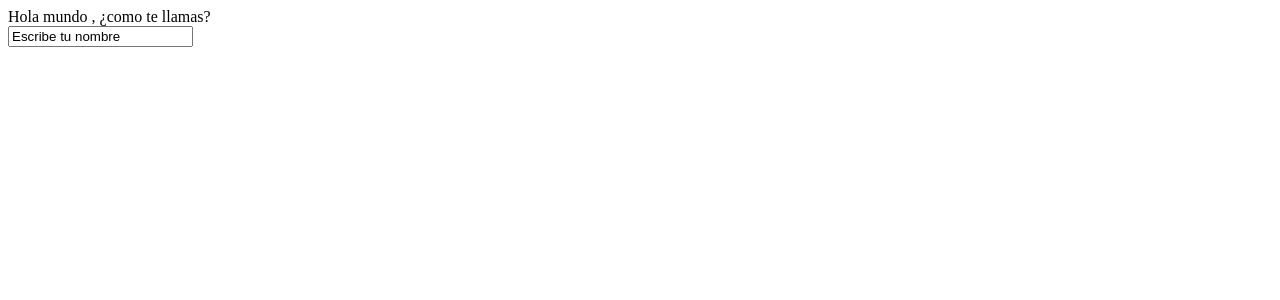
Repository: josevazquez99/DesarrolloWebEnEntornoServidor
Page: HolaMundo/src/main/webapp/Index.html
The author's editor kept a copy of each file at every save. The page is drawn from the files as they stood at one save, then again after the next save.
The browser window is 1280 px wide. The pictures show the whole page.

Above is the page before, as saved 2023-09-22 07:53:40.

After the next save:
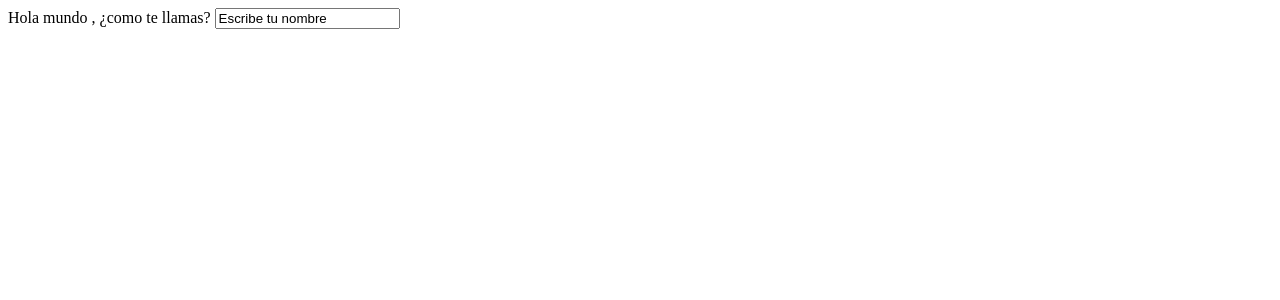
Saved 38 s later.
--- a/HolaMundo/src/main/webapp/Index.html
+++ b/HolaMundo/src/main/webapp/Index.html
@@ -7,11 +7,9 @@
 <body>
 Hola mundo , ¿como te llamas?
 
-<form method="post" action="action.php">
+<input name="ingresatexto" type="text" value="Escribe tu nombre" />
 
-     <input name="ingresatexto" type="text" value="Escribe tu nombre" />
 
-</form>
 
 </body>
 </html>
